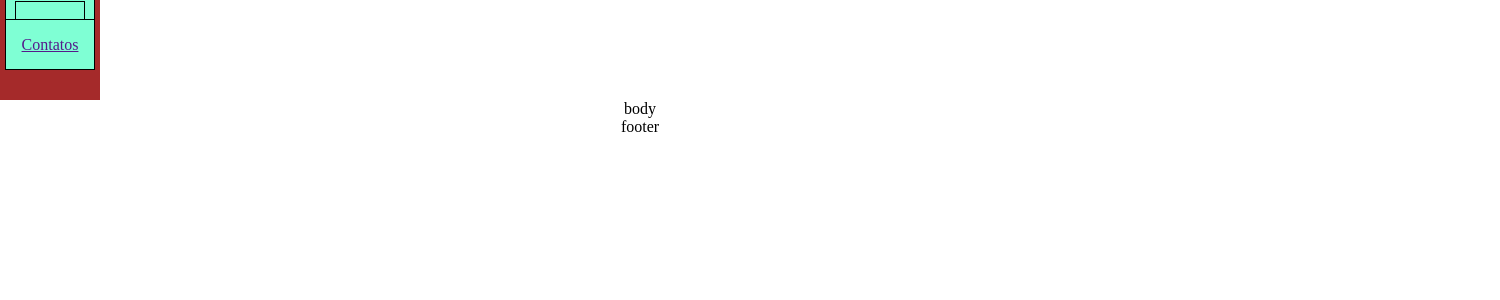
Repository: marllon-hetzler/Site-Salvatore-Barbearia
Page: home.html
An editor plug-in stored every save of this project. The page is shown before and after the next save, followed by the edit.
The browser window is 1280 px wide. The page is 1280 px wide, then 1500 px, so the pictures cover 1500 px, including what lies to the right of the window. The pictures show the whole page.

Above is the page before, as saved 2023-02-18 14:11:13.

After the next save:
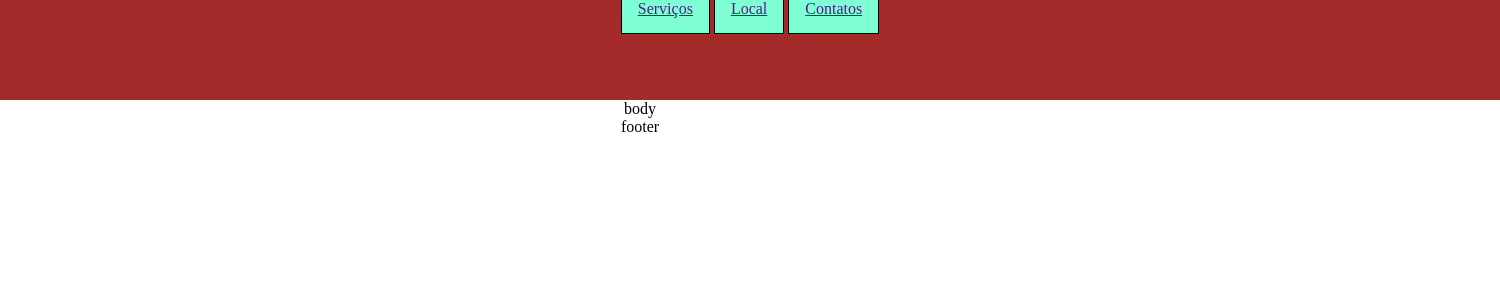
Saved 12 s later.
--- a/home.html
+++ b/home.html
@@ -14,7 +14,7 @@
         padding: 0;
     }
     header{
-        width: 100px;
+        width: 1500px;
         height: 100px;
         display: inline-block;
         background-color: brown;
